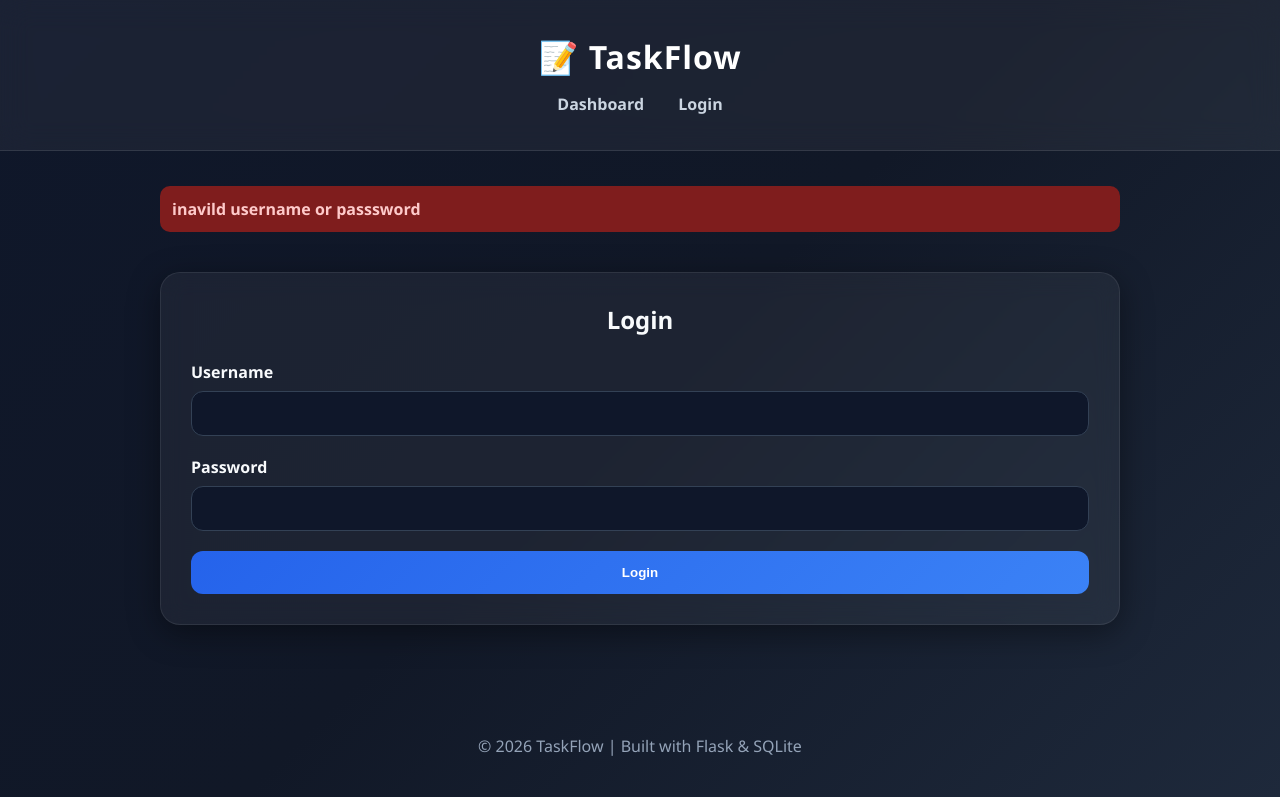
Repository: sristigupta04/todo-app_flask
Page: http://localhost/login
An editor plug-in stored every save of this project. The page is shown before and after the next save, followed by the edit.
The browser window is 1280 px wide. The pictures show the whole page.
The page is served by the project's application, run on Flask 3 (app/__init__.py). Other server files are loaded and not shown.

Above is the page before, as saved 2026-05-31 21:17:58.

### app/templates/login.html
{% extends "base.html" %}

{% block title %}
Login
{% endblock %}

{% block content %}

<div class="login-box">
    <h2>Login</h2>

    <form method="POST">
        <div class="form-group">
            <label>Username</label>
            <input type="text" name="username" required>
        </div>

        <div class="form-group">
            <label>Password</label>
            <input type="password" name="password" required>
        </div>

        <button type="submit" class="btn">Login</button>
    </form>

</div>

{% endblock %}

### app/templates/base.html
<!DOCTYPE html>
<html lang="en">
<head>
    <meta charset="UTF-8">
    <meta name="viewport" content="width=device-width, initial-scale=1.0">

    <title>{% block title %}TaskFlow{% endblock %}</title>

    <link rel="stylesheet"
          href="{{ url_for('static', filename='css/styles.css') }}">
</head>

<body>

<header>
    <div class="container header-container">

        <div class="logo">
            <h1>📝 TaskFlow</h1>
        </div>

        <nav>

            <a href="{{ url_for('tasks.view_tasks') }}">
                Dashboard
            </a>

            {% if 'user' in session %}
                <a href="{{ url_for('auth.logout') }}">
                    Logout
                </a>
            {% else %}
                <a href="{{ url_for('auth.login') }}">
                    Login
                </a>
            {% endif %}

        </nav>

    </div>
</header>

<main class="container">

    {% with messages = get_flashed_messages(with_categories=True) %}
        {% if messages %}
            {% for category, message in messages %}
                <div class="flash {{ category }}">
                    {{ message }}
                </div>
            {% endfor %}
        {% endif %}
    {% endwith %}

    {% block content %}
    {% endblock %}

</main>

<footer>
    <div class="container">
        <p>
            © 2026 TaskFlow | Built with Flask & SQLite
        </p>
    </div>
</footer>

</body>
</html>

### app/routes/auth.py
from flask import Blueprint,render_template,request,redirect,url_for,flash,session
from werkzeug.security import generate_password_hash
from werkzeug.security import check_password_hash
from app.models import User
from app.models import db
auth_bp =Blueprint('auth',__name__)


@auth_bp.route('/login',methods=['GET','POST'])
def login():
    if request.method =='POST':
        username = request.form.get('username')
        password = request.form.get('password')
        user = User.query.filter_by(username= username).first()
        if user and check_password_hash(user.password,password):
            session['user']= username
            flash('login successful','success')
        return redirect(url_for('tasks.view_tasks'))
    flash("inavild username or passsword ",'danger')
    return render_template('login.html')

@auth_bp.route('/logout')
def logout():
    session.pop('user',None)
    flash("logout successuful",'info')
    return redirect(url_for('auth.login'))


@auth_bp.route('/register', methods=['GET', 'POST'])
def register():

    if request.method == 'POST':

        username = request.form.get('username')
        # email = request.form.get('email')   # future use
        password = request.form.get('password')

        existing_user = User.query.filter_by(username=username).first()

        if existing_user:
            flash('Username already exists', 'danger')
            return redirect(url_for('auth.register'))

        hashed_password = generate_password_hash(password)

        new_user = User(
            username=username,
            password=hashed_password
        )

        db.session.add(new_user)
        db.session.commit()

        flash('Registration successful. Please login.', 'success')

        return redirect(url_for('auth.login'))

    return render_template('register.html')

### app/__init__.py
from flask import Flask
from flask_sqlalchemy import SQLAlchemy
# create database object globally
from flask_login import LoginManager


db = SQLAlchemy()
Login_Manager = LoginManager()



def create_app():
    app = Flask(__name__)

    app.config['SECRET_KEY'] = 'your-secret-key'
    app.config['SQLALCHEMY_DATABASE_URI'] = 'sqlite:///todo.db'
    app.config['SQLALCHEMY_TRACK_MODIFICATIONS'] = False

    db.__init__(app)


    # existing config
    Login_Manager.init_app(app)
    Login_Manager.login_view = "auth.login"




    from app.routes.auth import auth_bp
    from app.routes.task import tasks_bp

    app.register_blueprint(auth_bp)
    app.register_blueprint(tasks_bp)

    return app


@Login_Manager.user_loader
def load_user(user_id):
    from app.models import User
    return User.query.get(int(user_id))

### app/static/css/styles.css
:root{
    --bg:#0f172a;
    --card:#1e293b;
    --card-hover:#334155;
    --primary:#3b82f6;
    --success:#22c55e;
    --danger:#ef4444;
    --warning:#f59e0b;
    --text:#f8fafc;
    --muted:#94a3b8;
}

*{
    margin:0;
    padding:0;
    box-sizing:border-box;
}

body{
    font-family:'Segoe UI',sans-serif;
    background:linear-gradient(
        135deg,
        #0f172a,
        #111827,
        #1e293b
    );
    color:var(--text);
    min-height:100vh;
}

.container{
    max-width:1000px;
    margin:auto;
    padding:20px;
}

/* Header */

header{
    background:rgba(255,255,255,0.05);
    backdrop-filter:blur(15px);
    border-bottom:1px solid rgba(255,255,255,0.1);
    position:sticky;
    top:0;
    z-index:100;
}

header h1{
    text-align:center;
    font-size:2rem;
    padding-top:15px;
    color:white;
    letter-spacing:1px;
}

nav{
    text-align:center;
    padding:15px 0;
}

nav a{
    color:#cbd5e1;
    text-decoration:none;
    margin:0 15px;
    font-weight:600;
    transition:.3s;
}

nav a:hover{
    color:#60a5fa;
}

/* Flash Messages */

.flash{
    padding:12px;
    margin:15px 0;
    border-radius:10px;
    font-weight:bold;
}

.flash.success{
    background:#14532d;
    color:#bbf7d0;
}

.flash.danger{
    background:#7f1d1d;
    color:#fecaca;
}

.flash.info{
    background:#1e3a8a;
    color:#bfdbfe;
}

/* Login & Register Box */

.login-box,
.task-box{
    background:rgba(255,255,255,0.05);
    backdrop-filter:blur(12px);
    border:1px solid rgba(255,255,255,0.08);
    border-radius:20px;
    padding:30px;
    margin-top:40px;
    box-shadow:0 8px 32px rgba(0,0,0,.4);
}

.login-box h2,
.task-box h2{
    text-align:center;
    margin-bottom:25px;
}

/* Forms */

.form-group{
    margin-bottom:20px;
}

.form-group label{
    display:block;
    margin-bottom:8px;
    font-weight:600;
}

.form-group input,
.task-form input{
    width:100%;
    padding:14px;
    background:#0f172a;
    color:white;
    border:1px solid #334155;
    border-radius:12px;
    outline:none;
}

.form-group input:focus,
.task-form input:focus{
    border-color:#3b82f6;
    box-shadow:0 0 10px rgba(59,130,246,.4);
}

/* Buttons */

.btn{
    width:100%;
    padding:14px;
    border:none;
    border-radius:12px;
    font-weight:bold;
    cursor:pointer;
    color:white;
    background:linear-gradient(
        135deg,
        #2563eb,
        #3b82f6
    );
    transition:.3s;
}

.btn:hover{
    transform:translateY(-2px);
    box-shadow:0 10px 20px rgba(59,130,246,.4);
}

.btn-clear{
    background:linear-gradient(
        135deg,
        #dc2626,
        #ef4444
    );
    margin-bottom:20px;
}

.btn-clear:hover{
    box-shadow:0 10px 20px rgba(239,68,68,.4);
}

/* Task Form */

.task-form{
    display:flex;
    gap:10px;
    margin-bottom:25px;
}

.task-form input{
    flex:1;
}

.task-form .btn{
    width:auto;
    padding:14px 25px;
}

/* Task Table */

.task-table{
    width:100%;
    border-collapse:collapse;
    overflow:hidden;
    border-radius:15px;
}

.task-table th{
    background:#1e293b;
    color:white;
}

.task-table td,
.task-table th{
    padding:15px;
    border-bottom:1px solid #334155;
}

.task-table tr:hover{
    background:#1e293b;
}

/* Status Badges */

.badge{
    padding:8px 14px;
    border-radius:999px;
    font-size:.85rem;
    font-weight:700;
}

.badge.pending{
    background:#f59e0b;
    color:black;
}

.badge.working{
    background:#06b6d4;
    color:white;
}

.badge.done{
    background:#22c55e;
    color:white;
}

/* Small Button */

.btn-small{
    border:none;
    padding:8px 14px;
    border-radius:8px;
    background:#475569;
    color:white;
    cursor:pointer;
    transition:.3s;
}

.btn-small:hover{
    background:#64748b;
}

/* Footer */

footer{
    margin-top:50px;
    text-align:center;
    padding:20px;
    color:#94a3b8;
}

/* Responsive */

@media(max-width:768px){

    .task-form{
        flex-direction:column;
    }

    nav a{
        display:block;
        margin:10px 0;
    }

    .task-table{
        font-size:14px;
    }
}


/* Delete Button */

.btn-delete{
    background: linear-gradient(
        135deg,
        #dc2626,
        #ef4444
    );
    color:white;
    border:none;
    padding:8px 14px;
    border-radius:10px;
    font-size:14px;
    font-weight:600;
    cursor:pointer;
    transition:all 0.3s ease;
}

.btn-delete:hover{
    transform:translateY(-2px);
    box-shadow:0 8px 15px rgba(239,68,68,0.4);
}

.btn-delete:active{
    transform:scale(0.95);
}

.actions{
    display:flex;
    gap:10px;
    align-items:center;
}


.btn-edit{
    background:#f59e0b;
    color:white;
    padding:8px 14px;
    border-radius:8px;
    text-decoration:none;
    font-weight:600;
}

.btn-edit:hover{
    background:#d97706;
}

After the next save:
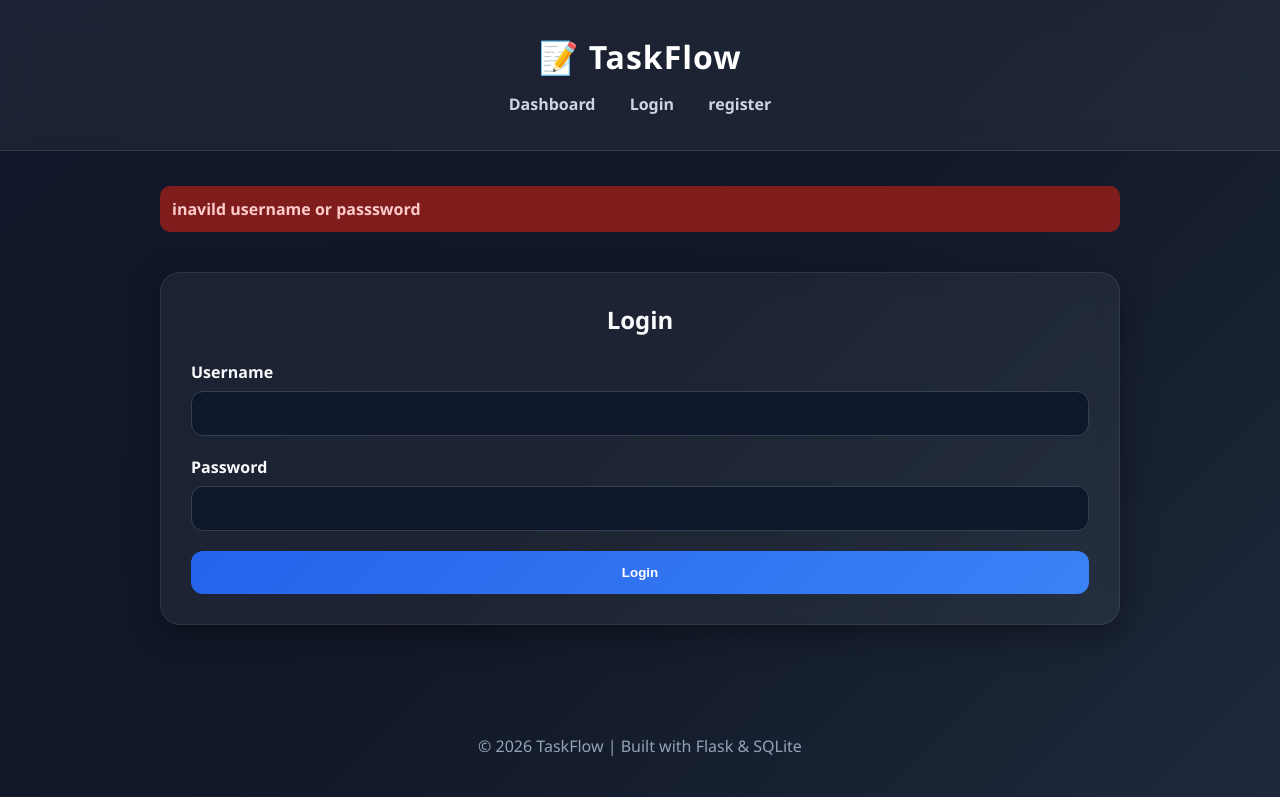
Saved 2 min 59 s later.
--- a/app/templates/base.html
+++ b/app/templates/base.html
@@ -33,6 +33,7 @@
                 <a href="{{ url_for('auth.login') }}">
                     Login
                 </a>
+                <a href="{{url_for('auth.register')}}">register</a>
             {% endif %}
 
         </nav>
